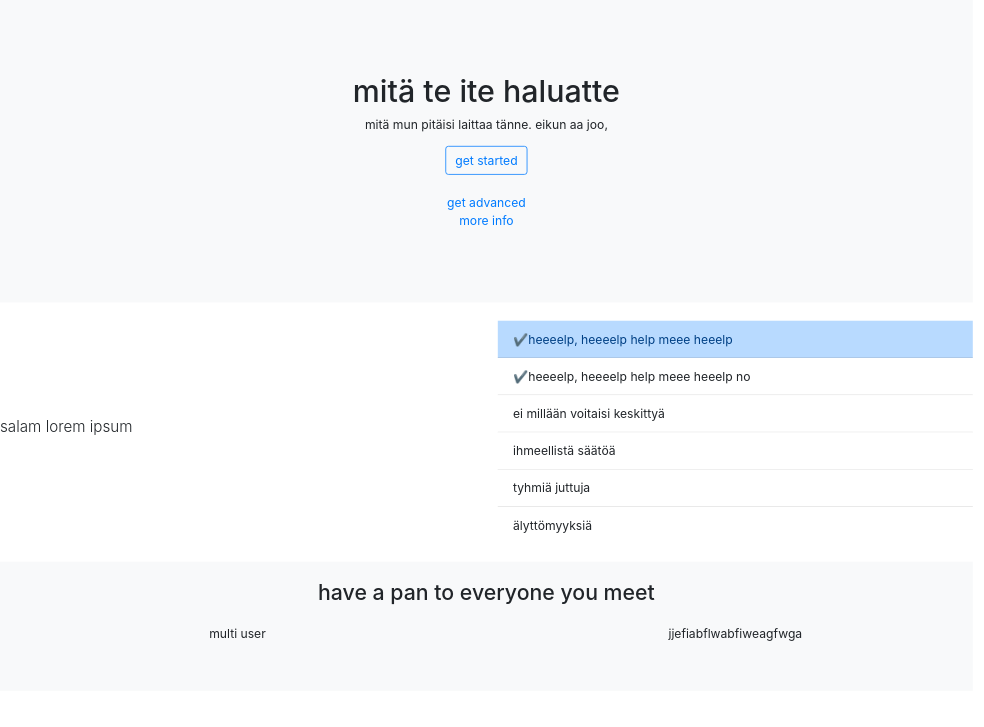
Repository: jessehapuli/jessehapuli.github.io
Page: Bootstrap/index.html
The author's editor kept a copy of each file at every save. The page is drawn from the files as they stood at one save, then again after the next save.
The browser window is 1280 px wide. The page is 1295 px wide, so the pictures cover 1295 px, including what lies to the right of the window. The pictures show the whole page, at 76% of full size.

Above is the page before, as saved 2024-04-24 12:34:13.

After the next save:
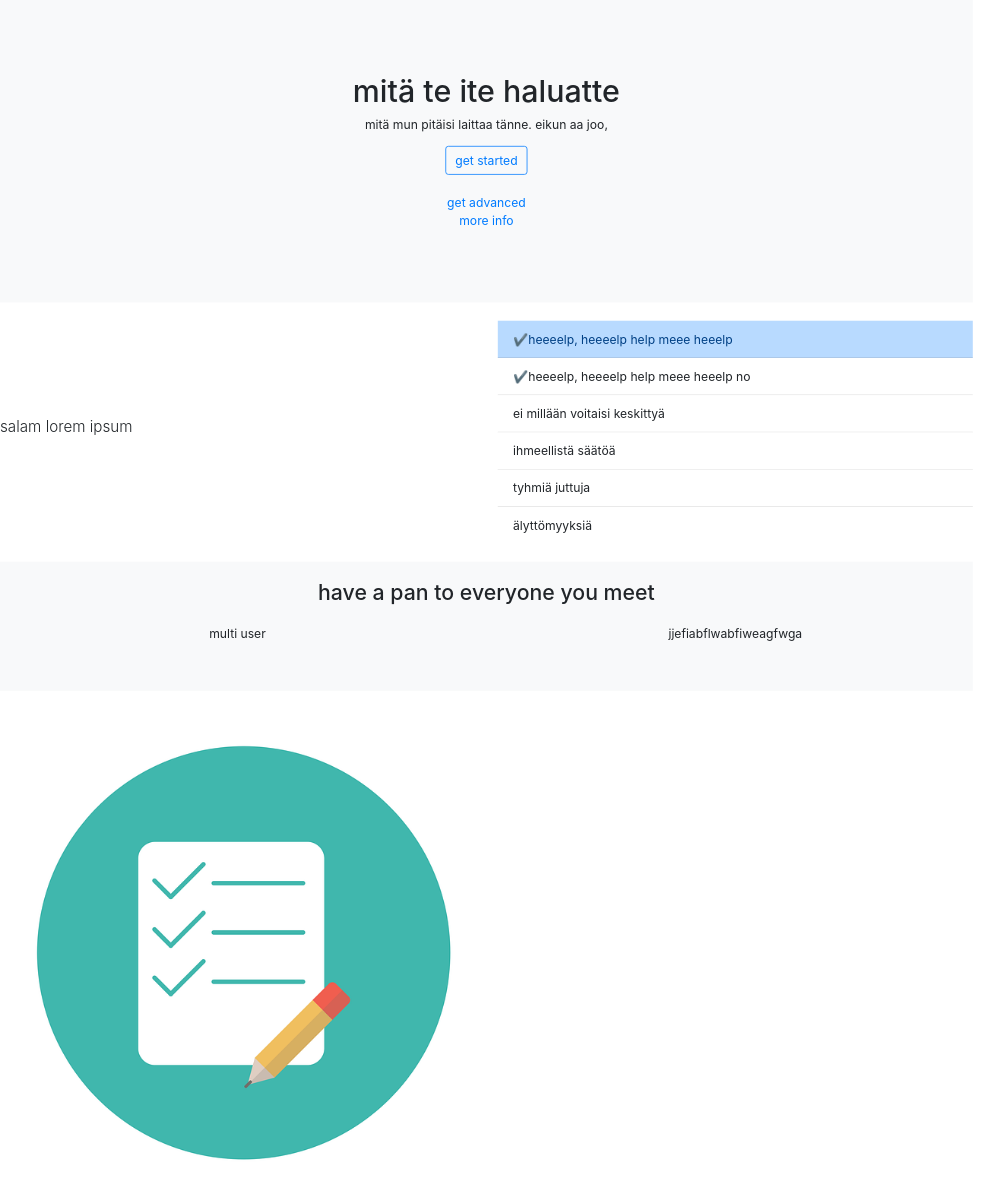
Saved 11 min 48 s later.
--- a/Bootstrap/index.html
+++ b/Bootstrap/index.html
@@ -68,6 +68,7 @@
     </section>
 
     <!--images-->
+    <img src="..\img/bootstrap_images/list.png">
 
     <!-- Optional JavaScript; choose one of the two! -->
 
